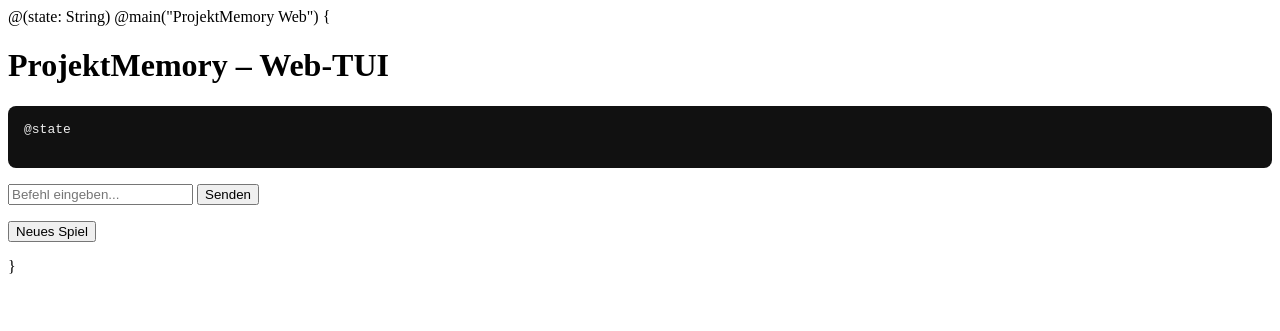
Repository: Leonope/ProjektMemory
Page: app/views/game.scala.html
The author's editor kept a copy of each file at every save. The page is drawn from the files as they stood at one save, then again after the next save.
The browser window is 1280 px wide. The pictures show the whole page.

Above is the page before, as saved 2025-10-15 13:39:20.

### app/views/game.scala.html
@(state: String)

@main("ProjektMemory Web") {
  <h1>ProjektMemory – Web-TUI</h1>

  <pre style="padding:1rem; background:#111; color:#eee; border-radius:8px; white-space:pre-wrap;">
@state
  </pre>

  <!-- Klammern weg! -->
  <form method="post" action='@routes.GameController.cmd' style="margin-top:1rem;">
    <input name="cmd" placeholder="Befehl eingeben..." autocomplete="off" />
    <button type="submit">Senden</button>
  </form>

  <form method="post" action='@routes.GameController.newGame' style="margin-top:0.5rem;">
    <button type="submit">Neues Spiel</button>
  </form>
}

After the next save:
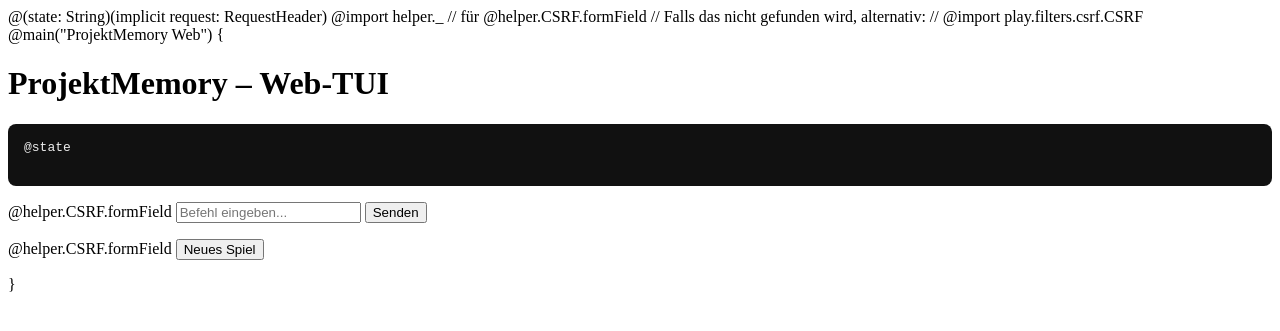
Saved 89 min 37 s later.
--- a/app/views/game.scala.html
+++ b/app/views/game.scala.html
@@ -1,4 +1,8 @@
-@(state: String)
+@(state: String)(implicit request: RequestHeader)
+
+@import helper._           // für @helper.CSRF.formField
+// Falls das nicht gefunden wird, alternativ:
+// @import play.filters.csrf.CSRF
 
 @main("ProjektMemory Web") {
   <h1>ProjektMemory – Web-TUI</h1>
@@ -7,13 +11,14 @@
 @state
   </pre>
 
-  <!-- Klammern weg! -->
   <form method="post" action='@routes.GameController.cmd' style="margin-top:1rem;">
+    @helper.CSRF.formField
     <input name="cmd" placeholder="Befehl eingeben..." autocomplete="off" />
     <button type="submit">Senden</button>
   </form>
 
   <form method="post" action='@routes.GameController.newGame' style="margin-top:0.5rem;">
+    @helper.CSRF.formField
     <button type="submit">Neues Spiel</button>
   </form>
 }
